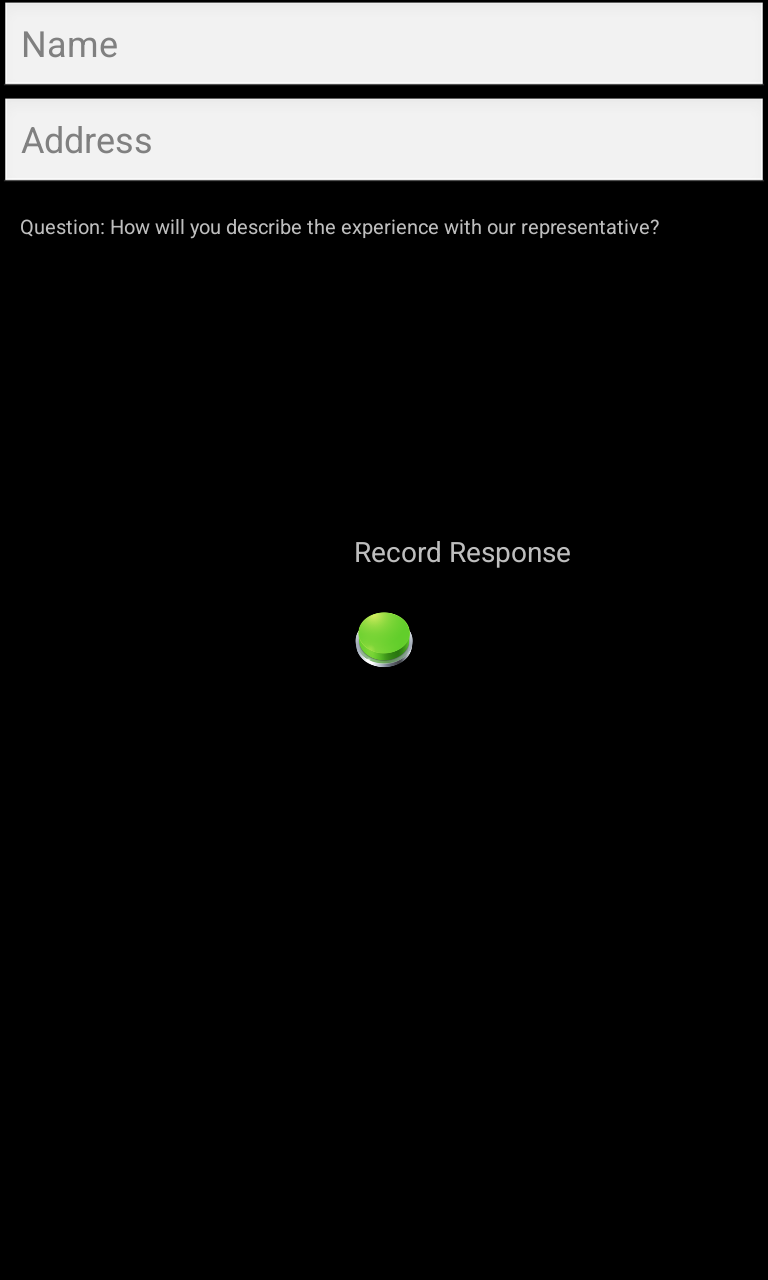
Repository: Anmol92verma/SurveyApp
Layout: SoundServey/res/layout/activity_main.xml
The author's editor kept a copy of each file at every save. The layout is drawn from the files as they stood at one save, then again after the next save.
It is drawn on a 768 x 1280 px phone screen (xhdpi) without system bars, with theme android:Theme.Black; the app's code is not run.

Above is the layout before, as saved 2015-02-21 16:46:24.

After the next save:
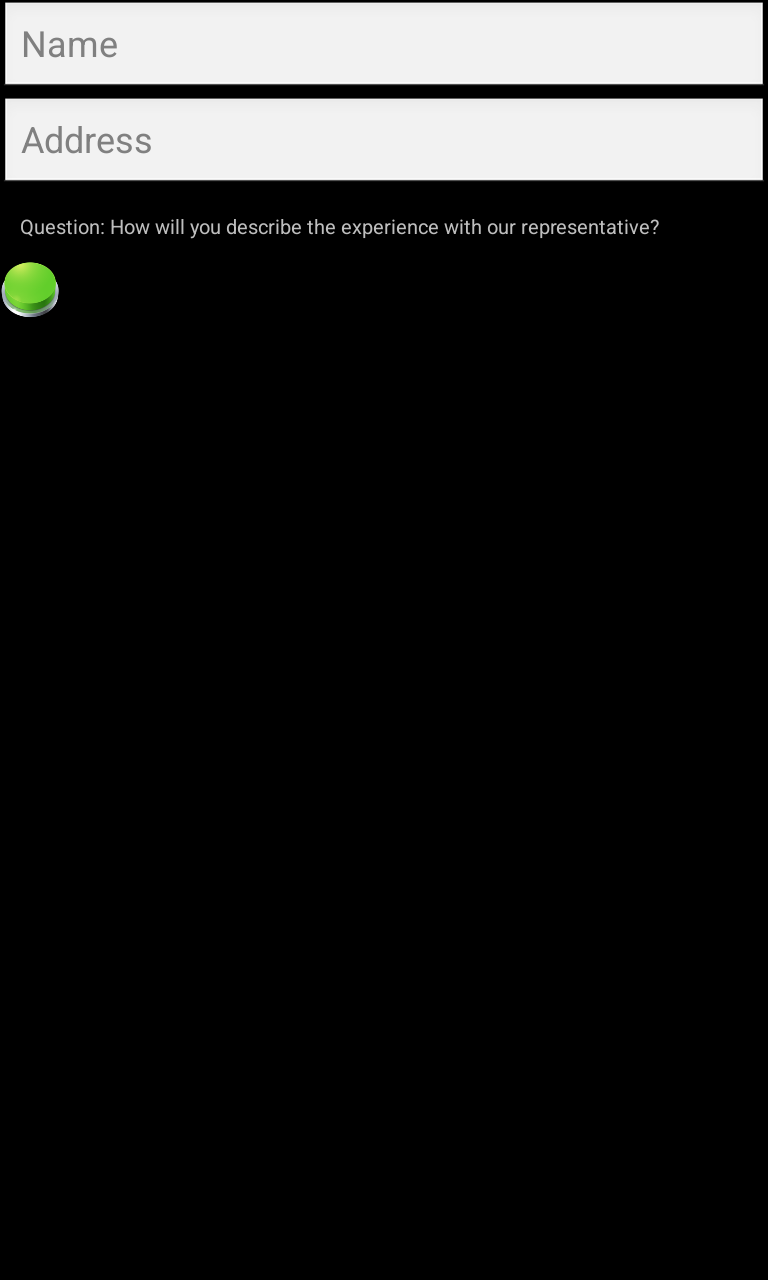
Saved 51 s later.
--- a/SoundServey/res/layout/activity_main.xml
+++ b/SoundServey/res/layout/activity_main.xml
@@ -4,6 +4,7 @@
     android:layout_height="match_parent" >
 
     <ScrollView
+        android:id="@+id/scrollView1"
         android:layout_width="match_parent"
         android:layout_height="wrap_content" >
 
@@ -28,28 +29,29 @@
                 android:id="@+id/textview_question"
                 android:layout_width="wrap_content"
                 android:layout_height="wrap_content"
-                android:textSize="@dimen/dimen_paddingtext"
                 android:padding="@dimen/dimen_paddingtext"
                 android:text="@string/string_question"
-                />
+                android:textSize="@dimen/dimen_paddingtext" />
+
+            <RelativeLayout
+                android:layout_width="match_parent"
+                android:layout_height="wrap_content" >
+
+                <ImageView
+                    android:id="@+id/imageview_recorder"
+                    android:layout_width="@dimen/dimen_size_recorded"
+                    android:layout_height="@dimen/dimen_size_recorded"
+                    android:contentDescription="@null"
+                    android:src="@drawable/start" />
+
+                <TextView
+                    android:id="@+id/textview_recording"
+                    android:layout_width="wrap_content"
+                    android:layout_toLeftOf="@+id/imageview_recorder"
+                    android:layout_height="wrap_content"
+                    android:text="@string/string_recording" />
+            </RelativeLayout>
         </LinearLayout>
     </ScrollView>
 
-    <ImageView
-        android:id="@+id/imageview_recorder"
-        android:layout_width="@dimen/dimen_size_recorded"
-        android:layout_height="@dimen/dimen_size_recorded"
-        android:layout_centerInParent="true"
-        android:contentDescription="@null"
-        android:src="@drawable/start" />
-
-    <TextView
-        android:id="@+id/textview_recording"
-        android:layout_width="wrap_content"
-        android:layout_height="wrap_content"
-        android:layout_above="@+id/imageview_recorder"
-        android:layout_alignLeft="@+id/imageview_recorder"
-        android:layout_marginBottom="20dp"
-        android:text="@string/string_recording" />
-
 </RelativeLayout>
